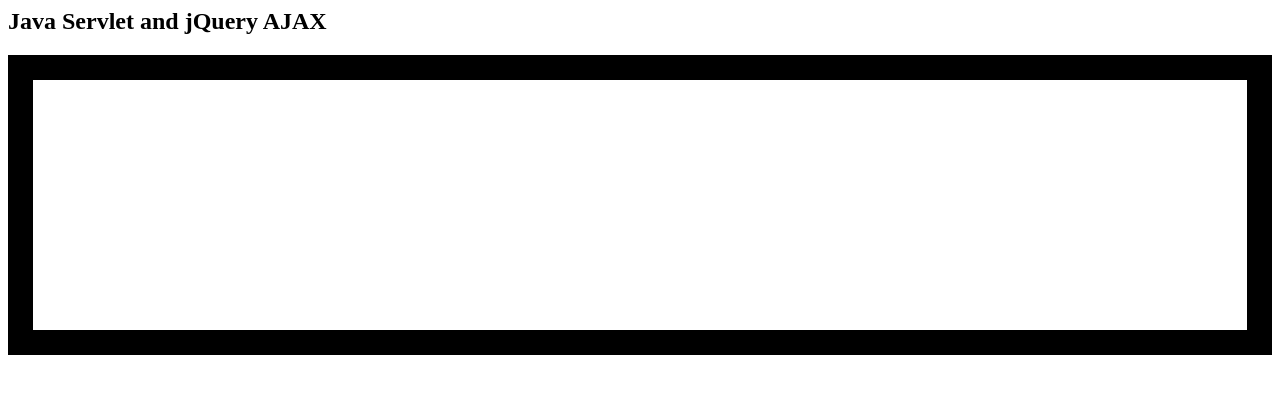
Repository: joliest/MyGits
Page: Java/Project_JIRA/JavaServletAndAJAX/WebContent/AJAXJava.html
The author's editor kept a copy of each file at every save. The page is drawn from the files as they stood at one save, then again after the next save.
The browser window is 1280 px wide. The pictures show the whole page.

Above is the page before, as saved 2017-09-07 12:39:22.

### Java/Project_JIRA/JavaServletAndAJAX/WebContent/AJAXJava.html

<html>
	<head>
		<title>Java and jQuery AJAX</title>
		<style>
			#div1 {
				border : 25px solid black;
				height : 250px;
			}
		</style>
	</head>
	<body>
		<h2>Java Servlet and jQuery AJAX</h2>
		<div id="div1">

		</div>

	</body>
</html>

After the next save:
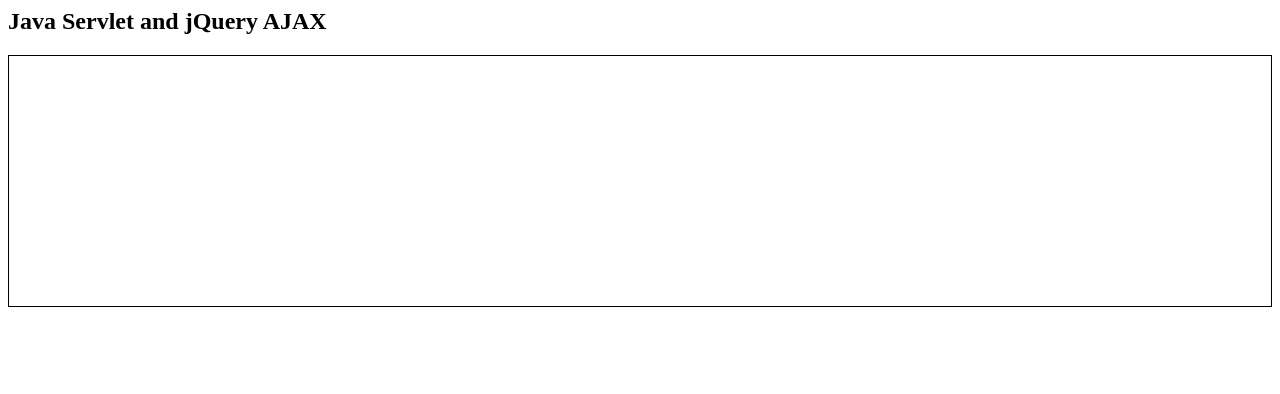
Saved 9 s later.
--- a/Java/Project_JIRA/JavaServletAndAJAX/WebContent/AJAXJava.html
+++ b/Java/Project_JIRA/JavaServletAndAJAX/WebContent/AJAXJava.html
@@ -4,7 +4,7 @@
 		<title>Java and jQuery AJAX</title>
 		<style>
 			#div1 {
-				border : 25px solid black;
+				border : 1px solid black;
 				height : 250px;
 			}
 		</style>
